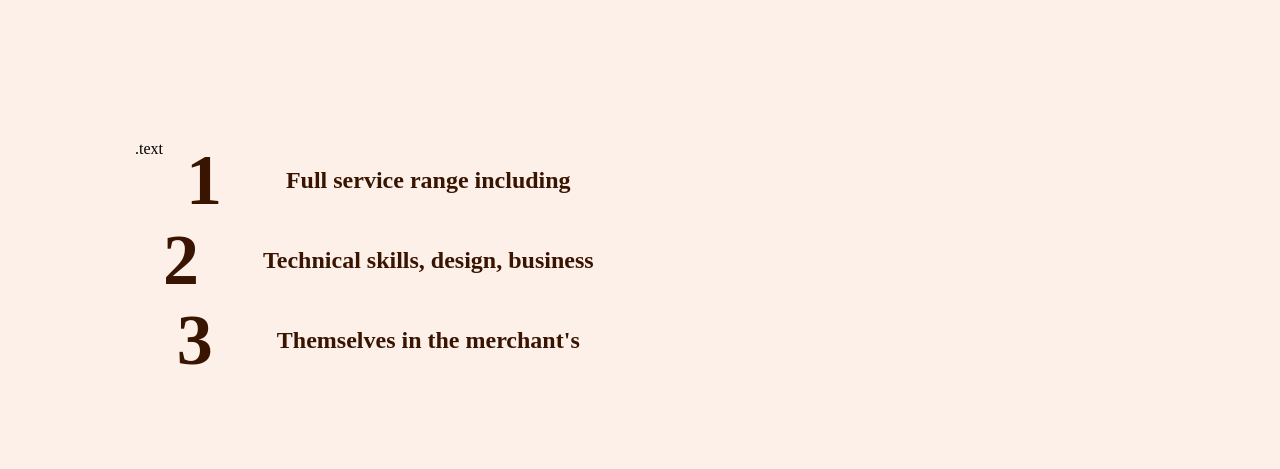
Repository: kubrazamanova/Project-3
Page: index.html
The author's editor kept a copy of each file at every save. The page is drawn from the files as they stood at one save, then again after the next save.
The browser window is 1280 px wide. The pictures show the whole page.

Above is the page before, as saved 2023-09-13 19:16:55.

### index.html
<!DOCTYPE html>
<html lang="en">
  <head>
    <meta charset="UTF-8" />
    <meta name="viewport" content="width=device-width, initial-scale=1.0" />
    <link rel="stylesheet" href="index.css" />
    <title>Document</title>
  </head>
  <body>
    <div class="container">
   .text

      <div class="lesson">
        <ul>
          <li>
            <span>1</span>
            <h4>Full service range including</h4>
          </li>
          <li>
            <span>2</span>
            <h4>Technical skills, design, business</h4>
          </li>
          <li>
            <span>3</span>
            <h4>Themselves in the merchant's</h4>
          </li>
        </ul>
      </div>
    </div>
  </body>
</html>

### index.css
* {
  margin: 0;
  padding: 0;
  box-sizing: border-box;
}

.container {
  padding: 140px 0 236px 135px;
  min-height: 100vh;
  background-color: #fdf0e9;
  display: flex;
}
.container p {
  color: var(--Text_Dark_Accent, #ef6d58);
  font-feature-settings: "clig" off, "liga" off;
  font-family: Epilogue;
  font-size: 16px;
  font-style: normal;
  font-weight: 400;
  line-height: 32px;
  letter-spacing: 3px;
  text-transform: uppercase;
}
.container h1 {
  margin-top: 17px;
  color: var(--Text_Dark, #391400);
  font-feature-settings: "clig" off, "liga" off;
  font-family: Epilogue;
  font-size: 40px;
  font-style: normal;
  font-weight: 800;
  line-height: 48px;
}

.container h2 {
  margin-top: 32px;
  color: var(--Text_Dark_Gray, rgba(57, 20, 0, 0.64));
  font-feature-settings: "clig" off, "liga" off;
  font-family: Epilogue;
  font-size: 16px;
  font-style: normal;
  font-weight: 400;
  line-height: 32px;
}

.container h3 {
  margin-top: 28px;
  color: var(--Text_Dark, #391400);
  font-feature-settings: "clig" off, "liga" off;
  font-family: Epilogue;
  font-size: 16px;
  font-style: normal;
  font-weight: 400;
  line-height: 32px;
}

.lesson ul {
display: flex;
align-items: center;
justify-content: center;
flex-direction: column;

}

.lesson ul li {
  display: flex;
    align-items: center;
  list-style-type: none;
}

.lesson ul li span {
    margin-right: 66px;
  color: #391400;
  font-feature-settings: "clig" off, "liga" off;
  font-family: Epilogue;
  font-size: 72px;
  font-style: normal;
  font-weight: 800;
  line-height: 80px;
  letter-spacing: -2px;
}

.lesson ul li h4 {
  color: var(--Text_Dark, #391400);
  font-feature-settings: "clig" off, "liga" off;
  font-family: Epilogue;
  font-size: 24px;
  font-style: normal;
  font-weight: 700;
  line-height: 32px;
}

After the next save:
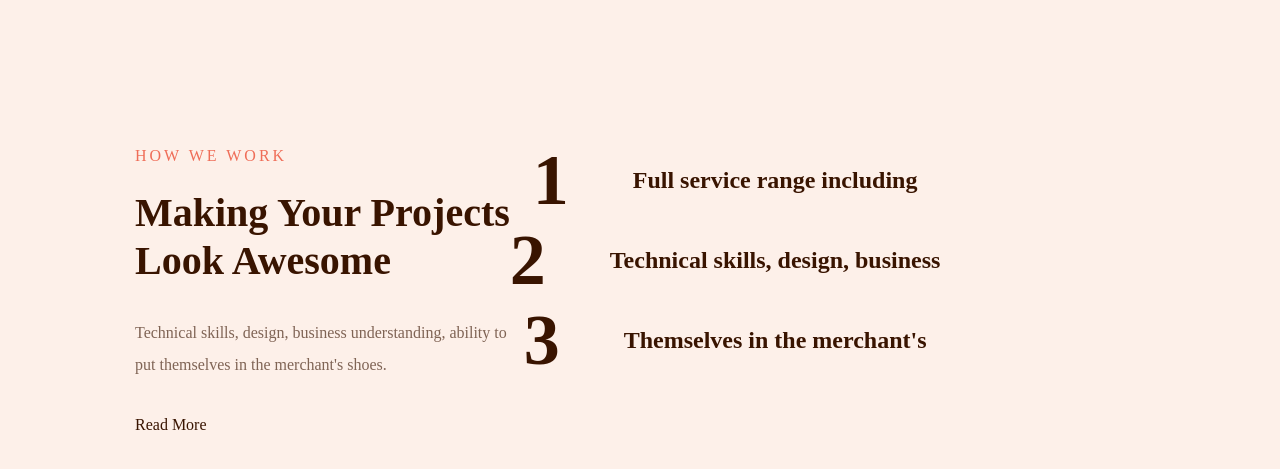
Saved 4 s later.
--- a/index.html
+++ b/index.html
@@ -8,7 +8,18 @@
   </head>
   <body>
     <div class="container">
-   .text
+   <div class="text-container">
+    <p>How we work</p>
+    <h1>
+      Making Your Projects <br />
+      Look Awesome
+    </h1>
+    <h2>
+      Technical skills, design, business understanding, ability to <br />
+      put themselves in the merchant's shoes.
+    </h2>
+    <h3>Read More</h3>
+   </div>
 
       <div class="lesson">
         <ul>
